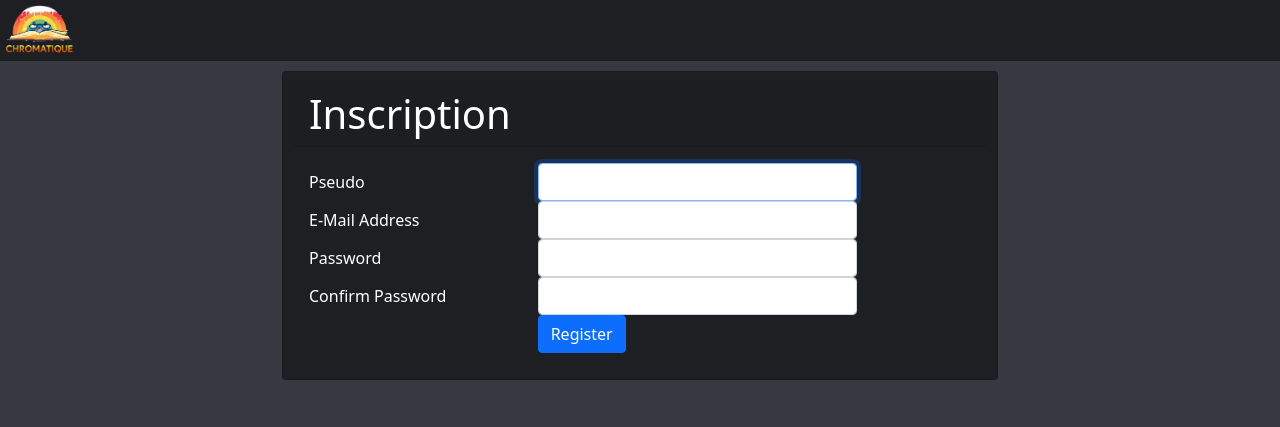
Repository: Codesieg/Chromatique
Page: http://localhost/register
An editor plug-in stored every save of this project. The page is shown before and after the next save, followed by the edit.
The browser window is 1280 px wide. The pictures show the whole page.
Some icons come from a web library that is not loaded, so they are not drawn. The page is served by the project's Laravel application, run on PHP 8.4 with Laravel 8. Other server files are loaded and not shown.

Above is the page before, as saved 2021-07-02 13:43:01.

### chromatique/routes/web.php
<?php


use Illuminate\Support\Facades\Auth;
use Illuminate\Support\Facades\Route;
use App\Http\Controllers\PagesController;
use App\Http\Controllers\TomesController;
use App\Http\Controllers\MangasController;
use App\Http\Controllers\AdminTomesController;
use App\Http\Controllers\AdminMangasController;

/*
|--------------------------------------------------------------------------
| Web Routes
|--------------------------------------------------------------------------
|
| Here is where you can register web routes for your application. These
| routes are loaded by the RouteServiceProvider within a group which
| contains the "web" middleware group. Now create something great!
|
*/
//-------------- Route front ----------------
// Route::get('/', [MangasController::class,'browse'])->name('browse_mangas');

Route::get(
    '/',
    [MangasController::class, 'browse']
)->name('browse_mangas');

Route::get(
    '/tome/{id}',
    [TomesController::class,'browse']
)->name('browse_tomes');

Route::get(
    '/tome/page/{id}',
    [PagesController::class,'read']
)->name('browse_pages');

//-------------- Route back manga ----------------

Route::get(
    '/admin',
    [AdminMangasController::class, 'browse']
)->name('admin_browse_mangas');

Route::get(
    '/admin/add/manga',
    [AdminMangasController::class, 'form']
)->name('admin_form_manga');

Route::post(
    '/admin/add/manga',
    [AdminMangasController::class, 'add']
)->name('admin_add_manga');

Route::delete(
    '/admin/delete/{id}',
    [AdminMangasController::class, 'delete']
)->name('admin_delete_manga');

//-------------- Route back tome ----------------

// On récupère l'id du manga sur cette route et on affiche le formulaire d'ajout d'un tome par rapport à ça franchise
Route::get(
    '/admin/add/tome/{id}',
    [AdminTomesController::class, 'form']
)->name('admin_form_tome');

// On ajoute un tome
Route::post(
    '/admin/add/tome',
    [AdminTomesController::class, 'add']
)->name('admin_add_tome');

// On liste tous les tomes de tous les mangas
Route::get(
    '/admin/tome/',
    [AdminTomesController::class, 'browse']
)->name('admin_browse_tomes');

// On liste tous les tomes d'un manga
Route::get(
    '/admin/tome/{id}',
    [AdminTomesController::class, 'read']
)->name('admin_read_tome');

// Permet de supprimer un tome
Route::delete(
    '/admin/delete/tome/{id}',
    [AdminTomesController::class, 'delete']
)->name('admin_delete_tome');

Auth::routes();

Route::get(
        '/home',
        [HomeController::class, 'index']
)->name('home');

### chromatique/app/Http/Controllers/Auth/ConfirmPasswordController.php
<?php

namespace App\Http\Controllers\Auth;

use App\Http\Controllers\Controller;
use App\Providers\RouteServiceProvider;
use Illuminate\Foundation\Auth\ConfirmsPasswords;

class ConfirmPasswordController extends Controller
{
    /*
    |--------------------------------------------------------------------------
    | Confirm Password Controller
    |--------------------------------------------------------------------------
    |
    | This controller is responsible for handling password confirmations and
    | uses a simple trait to include the behavior. You're free to explore
    | this trait and override any functions that require customization.
    |
    */

    use ConfirmsPasswords;

    /**
     * Where to redirect users when the intended url fails.
     *
     * @var string
     */
    protected $redirectTo = RouteServiceProvider::LOGIN;

    /**
     * Create a new controller instance.
     *
     * @return void
     */
    public function __construct()
    {
        $this->middleware('auth');
    }
}

### chromatique/resources/views/auth/register.blade.php
@extends('layout')

@section('contenu')
<div class="container">
    <div class="row justify-content-center">
        <div class="col-md-8">
            <div class="card">
                <h1 class="card-header white">{{ __('Inscription') }}</h1>

                <div class="card-body">
                    <form method="POST" action="{{ route('register') }}">
                        @csrf

                        <div class="form-group row">
                            <label for="name" class="col-md-4 col-form-label text-md-right white">{{ __('Pseudo') }}</label>

                            <div class="col-md-6">
                                <input id="name" type="text" class="form-control @error('name') is-invalid @enderror" name="name" value="{{ old('name') }}" required autocomplete="name" autofocus>

                                @error('name')
                                    <span class="invalid-feedback" role="alert">
                                        <strong>{{ $message }}</strong>
                                    </span>
                                @enderror
                            </div>
                        </div>

                        <div class="form-group row">
                            <label for="email" class="col-md-4 col-form-label text-md-right white">{{ __('E-Mail Address') }}</label>

                            <div class="col-md-6">
                                <input id="email" type="email" class="form-control @error('email') is-invalid @enderror" name="email" value="{{ old('email') }}" required autocomplete="email">

                                @error('email')
                                    <span class="invalid-feedback" role="alert">
                                        <strong>{{ $message }}</strong>
                                    </span>
                                @enderror
                            </div>
                        </div>

                        <div class="form-group row">
                            <label for="password" class="col-md-4 col-form-label text-md-right white">{{ __('Password') }}</label>

                            <div class="col-md-6">
                                <input id="password" type="password" class="form-control @error('password') is-invalid @enderror" name="password" required autocomplete="new-password">

                                @error('password')
                                    <span class="invalid-feedback" role="alert">
                                        <strong>{{ $message }}</strong>
                                    </span>
                                @enderror
                            </div>
                        </div>

                        <div class="form-group row">
                            <label for="password-confirm" class="col-md-4 col-form-label text-md-right white">{{ __('Confirm Password') }}</label>

                            <div class="col-md-6">
                                <input id="password-confirm" type="password" class="form-control" name="password_confirmation" required autocomplete="new-password">
                            </div>
                        </div>

                        <div class="form-group row mb-0">
                            <div class="col-md-6 offset-md-4">
                                <button type="submit" class="btn btn-primary">
                                    {{ __('Register') }}
                                </button>
                            </div>
                        </div>
                    </form>
                </div>
            </div>
        </div>
    </div>
</div>
@endsection

### chromatique/resources/views/layout.blade.php
<!DOCTYPE html>
<html lang="fr">

<head>
    <meta charset="UTF-8">
    <meta http-equiv="X-UA-Compatible" content="IE=edge">
    <meta name="viewport" content="width=device-width, initial-scale=1.0">
    <title>Chromatique</title>
    <link rel="stylesheet" href="https://maxst.icons8.com/vue-static/landings/line-awesome/line-awesome/1.3.0/css/line-awesome.min.css">
    <link rel="stylesheet" href="<?= asset('assets/css/reset.css') ?>">
    <link href="https://cdn.jsdelivr.net/npm/bootstrap@5.0.0-beta3/dist/css/bootstrap.min.css" rel="stylesheet" integrity="sha384-eOJMYsd53ii+scO/bJGFsiCZc+5NDVN2yr8+0RDqr0Ql0h+rP48ckxlpbzKgwra6" crossorigin="anonymous">

    <link rel="stylesheet" href="<?= asset('assets/css/style.css') ?>">
</head>

<header>
    <div class="infos-menu">
        <div class="wrapper-menu">
            <img class="logo" src="<?= asset('assets/img/logo.png') ?>" alt="">
            <a href="{{route('browse_mangas')}}"><i class="las la-3x la-home white"></i></a>
            <a href="{{route('admin_browse_mangas')}}"><i class="las la-3x la-user-shield white"></i></a>
            <a href="https://discord.gg/3HH8Usj"><i class="lab la-3x la-discord white"></i></a>
            <a href="#"><i class="lab la-3x la-telegram white"></i></a>
            <a href="#"><i class="las la-3x la-info-circle white"></i></a>
        </div>
    </div>
</header>
<body>
    <!-- wrap -->
    @include('layouts/flash-message')
    <div class="wrapper">

    @yield('contenu')
    </div>


</body>
<script src="https://cdn.jsdelivr.net/npm/bootstrap@5.0.0-beta3/dist/js/bootstrap.bundle.min.js" integrity="sha384-JEW9xMcG8R+pH31jmWH6WWP0WintQrMb4s7ZOdauHnUtxwoG2vI5DkLtS3qm9Ekf" crossorigin="anonymous"></script>
</html>

### chromatique/resources/views/layouts/flash-message.blade.php
@if ($message = Session::get('success'))
<div class="alert alert-success alert-block ">
        <strong>{{ $message }}</strong>
</div>
@endif


@if ($message = Session::get('error'))
<div class="alert alert-danger alert-block ">
        <strong>{{ $message }}</strong>
</div>
@endif


@if ($message = Session::get('warning'))
<div class="alert alert-warning alert-block">
	<strong>{{ $message }}</strong>
</div>
@endif


@if ($message = Session::get('info'))
<div class="alert alert-info alert-block ">
	<strong>{{ $message }}</strong>
</div>
@endif


@if ($errors->any())
<div class="alert alert-danger ">
    Please check the form below for errors
</div>
@endif

### chromatique/public/assets/css/reset.css
/* http://meyerweb.com/eric/tools/css/reset/
   v2.0 | 20110126
   License: none (public domain)
*/

html,
body,
div,
span,
applet,
object,
iframe,
h1,
h2,
h3,
h4,
h5,
h6,
p,
blockquote,
pre,
a,
abbr,
acronym,
address,
big,
cite,
code,
del,
dfn,
em,
img,
ins,
kbd,
q,
s,
samp,
small,
strike,
strong,
sub,
sup,
tt,
var,
b,
u,
i,
center,
dl,
dt,
dd,
ol,
ul,
li,
fieldset,
form,
label,
legend,
table,
caption,
tbody,
tfoot,
thead,
tr,
th,
td,
article,
aside,
canvas,
details,
embed,
figure,
figcaption,
footer,
header,
hgroup,
menu,
nav,
output,
ruby,
section,
summary,
time,
mark,
audio,
video {
    margin: 0;
    padding: 0;
    border: 0;
    font-size: 100%;
    font: inherit;
    vertical-align: baseline;
}

a {
    text-decoration: none;
}


/* HTML5 display-role reset for older browsers */

article,
aside,
details,
figcaption,
figure,
footer,
header,
hgroup,
menu,
nav,
section {
    display: block;
}

body {
    line-height: 1;
}

ol,
ul {
    list-style: none;
}

blockquote,
q {
    quotes: none;
}

blockquote:before,
blockquote:after,
q:before,
q:after {
    content: '';
    content: none;
}

table {
    border-collapse: collapse;
    border-spacing: 0;
}

### chromatique/public/assets/css/style.css
body {
    margin: 0;
    background-color: #36393F;
}

.logo {
    margin: 5px 5px 5px 5px;
    width: 10%;
}

.logo__left {
    width: 50px
}

.infos-menu {
    display: flex;
    align-items: center;
    justify-content: space-between;
    background-color: #1e1f22;
    position: sticky;
}

.infos-menu i {
    margin-left: 2px;
}

.wrapper-menu {
    display: flex;
    align-items: center;
}

.la-user-shield {
    margin: 0 10px 0 0;
}

.search {
    position: relative;
    margin: 10px 0 0 0;
    float: left;
    top: 50px;
    right: 50px;
}

.field {
    border: 0 !important;
    width: 100% !important;
    height: 100% !important;
    padding: 10px 20px !important;
    background: white !important;
    border-radius: 3px !important;
    box-shadow: 0px 8px 15px rgba(75, 72, 72, 0.1) !important;
    -webkit-transition: all 0.4s ease !important;
    transition: all 0.4s ease !important;
}

.login {
    display: flex;
    align-items: center;
    margin: 0 20px 0 0px;
}

.login a {
    margin: 0 5px 0 5px;
    text-decoration: none;
    font-size: 1.5em;
    color: #fff;
    padding: 5px 5px 5px 5px;
}

.dropdown-login {
    position: relative;
    display: inline-block;
    margin: 0 0 0 50px;
}

.dropdown-login:hover .dropdown-content {
    display: flex;
    flex-direction: column;
}

.dropdown-content {
    display: none;
    position: absolute;
    background-color: #1e1f22;
    min-width: 260px;
    top: 85%;
    right: 5%;
    box-shadow: 0px 8px 16px 0px rgba(0, 0, 0, 0.2);
    padding: 30px 8px 16px 8px;
    z-index: 1;
}

.white {
    color: #ffff;
    text-decoration: none;
}

p {
    color: white;
}

.title {
    font-size: 1.5em;
    padding: 10px 10px 10px 0;
    border-bottom: solid #DCDDDE 1px;
}

.synopsis {
    text-align: left !important;
}

.main {
    width: 80%;
    margin: 20px auto;
    display: flex;
    justify-content: center;
}

.content {
    display: flex;
    flex-direction: column;
}

.hot {
    border-bottom: solid #DCDDDE 1px;
    color: #DCDDDE;
    font-size: 1.8em;
    padding: 0 0 5px 0;
}

.cards {
    display: flex;
    justify-content: center;
    align-self: center;
    flex-wrap: wrap;
    width: 60%;
}

.card {
    background-color: #1e1f22;
    margin: 10px;
    padding: 10px;
    display: flex;
    flex-direction: column;
    overflow: hidden;
}

.card p {
    text-align: center;
    margin: 7px 0 0 0;
}

.stats {
    display: flex;
    margin: 10px 0 10px 0;
}

.views {
    display: flex;
}

.resume {
    width: 75%;
    margin: 5px 0 0 0;
    font-size: 1.2em;
    font-family: 'Lucida Sans', 'Lucida Sans Regular', 'Lucida Grande', 'Lucida Sans Unicode', Geneva, Verdana, sans-serif;
}

.cover {
    width: 290px;
    height: 450px;
    display: flex;
    align-self: center;
    transition: 0.5s;
}

.cover:hover {
    transform: scale(1.5);
}


/* .main-cover {
    position: relative;
    float: right;
    top: 50px;
    left: 100px;
} */

.main-text {
    position: absolute;
    left: 0;
    bottom: 0;
    z-index: 1;
    width: 100%;
    height: 50%;
    background-image: linear-gradient( to bottom, transparent, rgba(0, 0, 0, 0.84) 85%, #000);
    padding: 64px 15px 0 15px;
    border-radius: 3px;
}

.main-text--bottom {
    height: 30%;
}


/*  Détails page admin */

.manga-thumb {
    width: 20%;
}


/*  Zoom des pages */

.zoom {
    margin: 1%;
    padding: 0.3em;
    width: 6%;
    background-color: #1e1f226e;
    border-radius: 20px;
    position: absolute;
    float: left;
    top: 850px;
    left: 0px;
    display: flex;
    justify-content: space-evenly;
    position: fixed;
}

.page {
    display: flex;
    flex-direction: column;
    justify-content: center;
}

.scale {
    width: 50%;
    margin: 1% auto;
}

.zoom-in,
.zoom-out {
    cursor: pointer;
}


/* Suppression des messages flash */

.flash-fade {
    opacity: 0;
    transition: opacity 5s;
}


/* Présentations des tomes */

.banner {
    opacity: 0.8;
    display: flex;
    justify-content: center;
    background-image: linear-gradient(to bottom, rgba(253, 250, 250, 0.199), rgba(8, 8, 8, 10.5)), url(../mangas/One_Piece/one_piece_banner.jpg);
    background-color: #DCDDDE;
    background-repeat: no-repeat;
    background-size: cover;
    width: 100%;
    height: 600px;
}

.details {
    display: flex;
    justify-content: center;
}

.details-main-cover {
    width: 250px;
    height: 350px;
    display: flex;
    align-self: center;
}

.details-manga-cover {
    border: 3px solid white;
    border-radius: 3px;
    position: relative;
    bottom: 60px;
    width: 240px
}

.details-infos {
    width: 40%;
}

Loaded but not shown: chromatique/app/Providers/AppServiceProvider.php (common file); chromatique/app/Http/Controllers/Controller.php (common file); chromatique/app/Http/Controllers/Auth/RegisterController.php (common file)

After the next save:
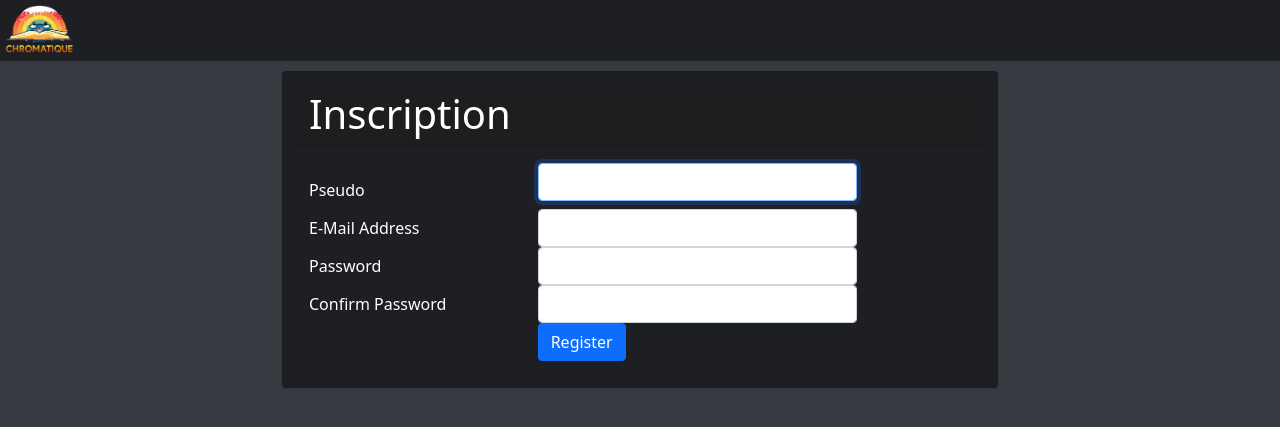
Saved 5 min 59 s later.
--- a/chromatique/resources/views/auth/register.blade.php
+++ b/chromatique/resources/views/auth/register.blade.php
@@ -12,7 +12,7 @@
                         @csrf
 
                         <div class="form-group row">
-                            <label for="name" class="col-md-4 col-form-label text-md-right white">{{ __('Pseudo') }}</label>
+                            <label for="name" class="col-md-4 col-form-label text-md-right white mt-2">{{ __('Pseudo') }}</label>
 
                             <div class="col-md-6">
                                 <input id="name" type="text" class="form-control @error('name') is-invalid @enderror" name="name" value="{{ old('name') }}" required autocomplete="name" autofocus>
